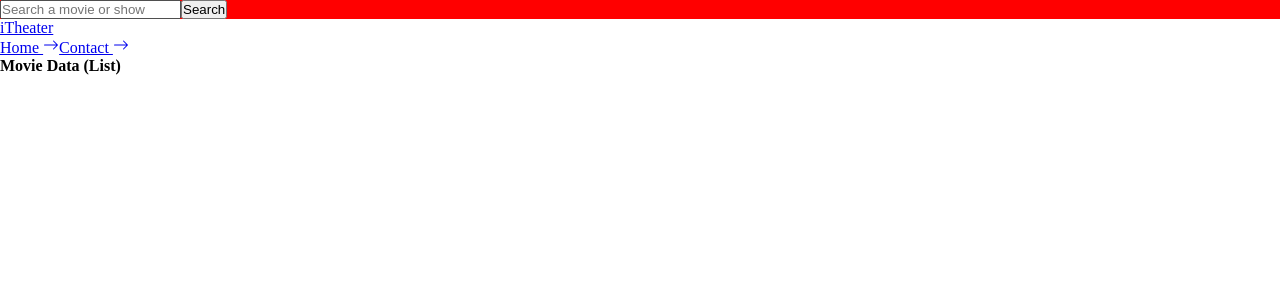
Repository: just-mann/itheater
Page: /
The author's editor kept a copy of each file at every save. The page is drawn from the files as they stood at one save, then again after the next save.
The browser window is 1280 px wide. The pictures show the whole page.
The page's requests for data from a server got no answer. Some web fonts or font styles are not loaded; a fallback is used. The project was rebuilt for these pictures with package versions that can differ from the ones it lists, and the page was loaded fresh each time. No one was signed in, and anything a server would have sent is missing. Also part of the build but not shown: src/components/Contact.js, src/components/MovieDetail.js.

Above is the page before, as saved 2021-07-17 06:18:10.

After the next save:
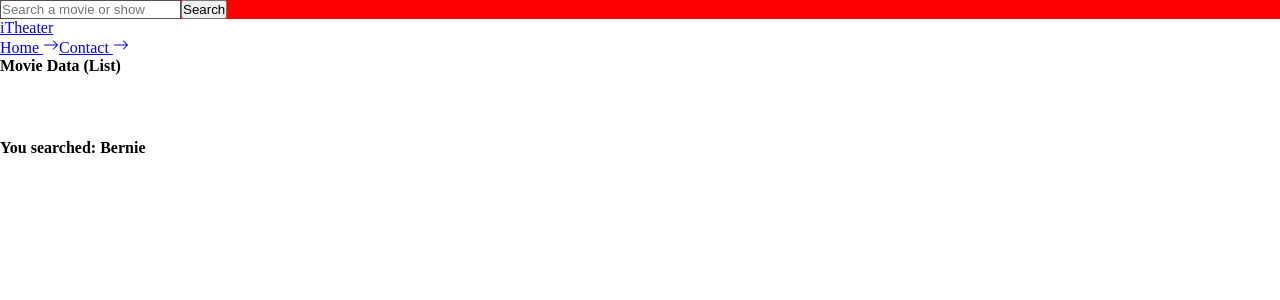
Saved 55 s later.
--- a/src/components/ShowList.js
+++ b/src/components/ShowList.js
@@ -22,10 +22,11 @@ const ShowList = () => {
                         {isPending && <div>
                             <ReactLoading className="loading" type={'spin'} color={'#fff'} />
                         </div>}
+
+                        <h4>You searched: <span>{movie}</span></h4>
                         {data.map(myData => {
                             return(
                                 <div key={myData.imdbID} className="showCard">
-                                    <h4>You searched: <span>{movie}</span></h4>
                                     <div className="productDiv">
                                         <div className="product">
                                             <img src={myData.Poster} alt={myData.Title} />
